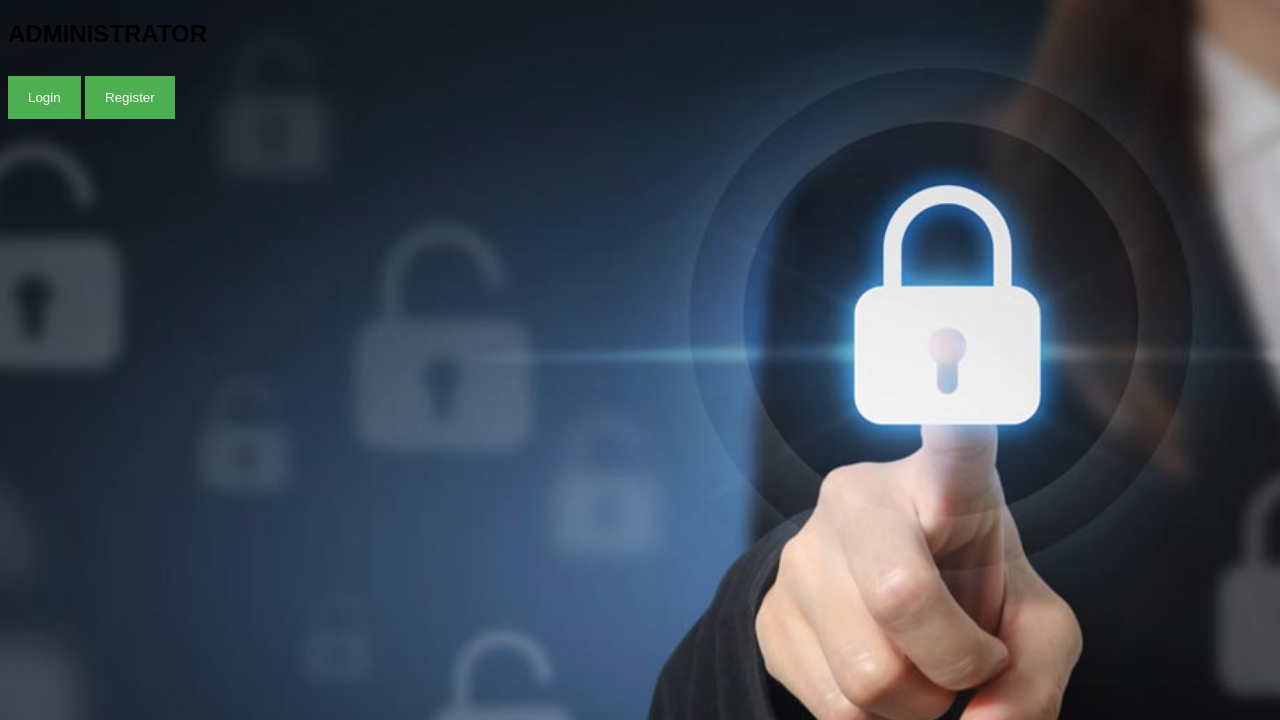
Repository: Malz6/DBMS-ActivityTracking
Page: dbs/WebContent/admin.html
An editor plug-in stored every save of this project. The page is shown before and after the next save, followed by the edit.
The browser window is 1280 px wide. The pictures show the whole page.

Above is the page before, as saved 2019-12-12 16:01:36.

### dbs/WebContent/admin.html
<!DOCTYPE html>
<html>
<head>
<meta name="viewport" content="width=device-width, initial-scale=1">
<style>
body {font-family: Arial, Helvetica, sans-serif;background-image: url('3.jpg');
  	background-repeat: no-repeat;
 	background-attachment: fixed;
 	background-size: cover;
 	color:black;}
/* Full-width input fields */
input[type=text], input[type=password] {
  width: 100%;
  padding: 12px 20px;
  margin: 8px 0;
  display: inline-block;
  border: 1px solid #ccc;
  box-sizing: border-box;
}
/* Set a style for all buttons */
button {
  background-color: #4CAF50;
  color: white;
  padding: 14px 20px;
  margin: 8px 0;
  border: none;
  cursor: pointer;
  width: 100%;
}
button:hover {
  opacity: 0.8;
}
/* Extra styles for the cancel button */
.cancelbtn {
  width: auto;
  padding: 10px 18px;
  background-color: #f44336;
}
/* Center the image and position the close button */
.imgcontainer {
  text-align: center;
  margin: 24px 0 12px 0;
  position: relative;
}
img.avatar {
  width: 40%;
  border-radius: 50%;
}
.container {
  padding: 16px;
}
span.psw {
  float: right;
  padding-top: 16px;
}
/* The Modal (background) */
.modal {
  display: none; /* Hidden by default */
  position: fixed; /* Stay in place */
  z-index: 1; /* Sit on top */
  left: 0;
  top: 0;
  width: 100%; /* Full width */
  height: 100%; /* Full height */
  overflow: auto; /* Enable scroll if needed */
  background-color: rgb(0,0,0); /* Fallback color */
  background-color: rgba(0,0,0,0.4); /* Black w/ opacity */
  padding-top: 60px;
}
/* Modal Content/Box */
.modal-content {
  background-color: #fefefe;
  margin: 5% auto 15% auto; /* 5% from the top, 15% from the bottom and centered */
  border: 1px solid #888;
  width: 80%; /* Could be more or less, depending on screen size */
}
/* The Close Button (x) */
.close {
  position: absolute;
  right: 25px;
  top: 0;
  color: #000;
  font-size: 35px;
  font-weight: bold;
}
.close:hover,
.close:focus {
  color: red;
  cursor: pointer;
}
/* Add Zoom Animation */
.animate {
  -webkit-animation: animatezoom 0.6s;
  animation: animatezoom 0.6s
}
@-webkit-keyframes animatezoom {
  from {-webkit-transform: scale(0)}
  to {-webkit-transform: scale(1)}
}

@keyframes animatezoom {
  from {transform: scale(0)}
  to {transform: scale(1)}
}
/* Change styles for span and cancel button on extra small screens */
@media screen and (max-width: 300px) {
  span.psw {
     display: block;
     float: none;
  }
  .cancelbtn {
     width: 100%;
  }
}
</style>
</head>
<body>

<h2>ADMINISTRATOR</h2>

<button onclick="document.getElementById('id01').style.display='block'" style="width:auto;">Login</button>


<div id="id01" class="modal">

  <form class="modal-content animate" action="alog" method="post">
    <div class="imgcontainer">
      <span onclick="document.getElementById('id01').style.display='none'" class="close" title="Close Modal">&times;</span>
      <img src="ticon.png" alt="Avatar" class="avatar">
    </div>

    <div class="container">
      <label for="uname"><b>Username</b></label>
      <input type="text" placeholder="Enter ID" name="id" required>

      <label for="psw"><b>Password</b></label>
      <input type="password" placeholder="YYYY-MM-DD" name="psw" required>

      <button type="submit">Login</button>

    </div>

    <div class="container" style="background-color:#f1f1f1">
      <button type="button" onclick="document.getElementById('id01').style.display='none'" class="cancelbtn">Cancel</button>

    </div>
  </form>
</div>



<button onclick="document.getElementById('id02').style.display='block'" style="width:auto;">Register</button>

<div id="id02" class="modal">

  <form class="modal-content animate" action="areg" method="post">
  <div class="imgcontainer">
      <span onclick="document.getElementById('id02').style.display='none'" class="close" title="Close Modal">&times;</span>

    <div class="container">
    <h1>Register</h1>
    <p>Please fill in this form to create an account.</p>
    <hr>

    <label for=""><b>ID</b></label>
    <input type="text" placeholder="eg : 1MS17CS017" name="id" required>

    <label for=""><b>First Name</b></label>
    <input type="text" placeholder="eg : Mike" name="fname" required>

    <label for=""><b>Last Name</b></label>
    <input type="text" placeholder="eg : Hannigan" name="lname" required>

    <label for=""><b>Sex</b></label>
    <input type="text" placeholder="Enter F or M " name="sex" required>

<label for=""><b>Designation</b></label>
    <input type="text" placeholder="Enter designation" name="des" required>

    <label for=""><b>Mobile Number</b></label>
    <input type="text" placeholder="Enter mobile number" name="num" required>

    <label for="email"><b>Email</b></label>
    <input type="text" placeholder="Enter Email" name="email" required>

    <label for="psw"><b>Password</b></label>
    <input type="password" placeholder="Enter date of birth eg : dd-mm-yyyy" name="psw" required>
    <hr>

    <button type="submit" class="registerbtn">Register</button>
  </div>

  <div class="container" style="background-color:#f1f1f1">
      <button type="button" onclick="document.getElementById('id02').style.display='none'" class="cancelbtn">Cancel</button>

    </div>
  </form>
</div>



<script>
// Get the modal
var modal = document.getElementById('id01','id02');
// When the user clicks anywhere outside of the modal, close it
window.onclick = function(event) {
    if (event.target == modal) {
        modal.style.display = "none";
    }
}
</script>

</body>
</html>

After the next save:
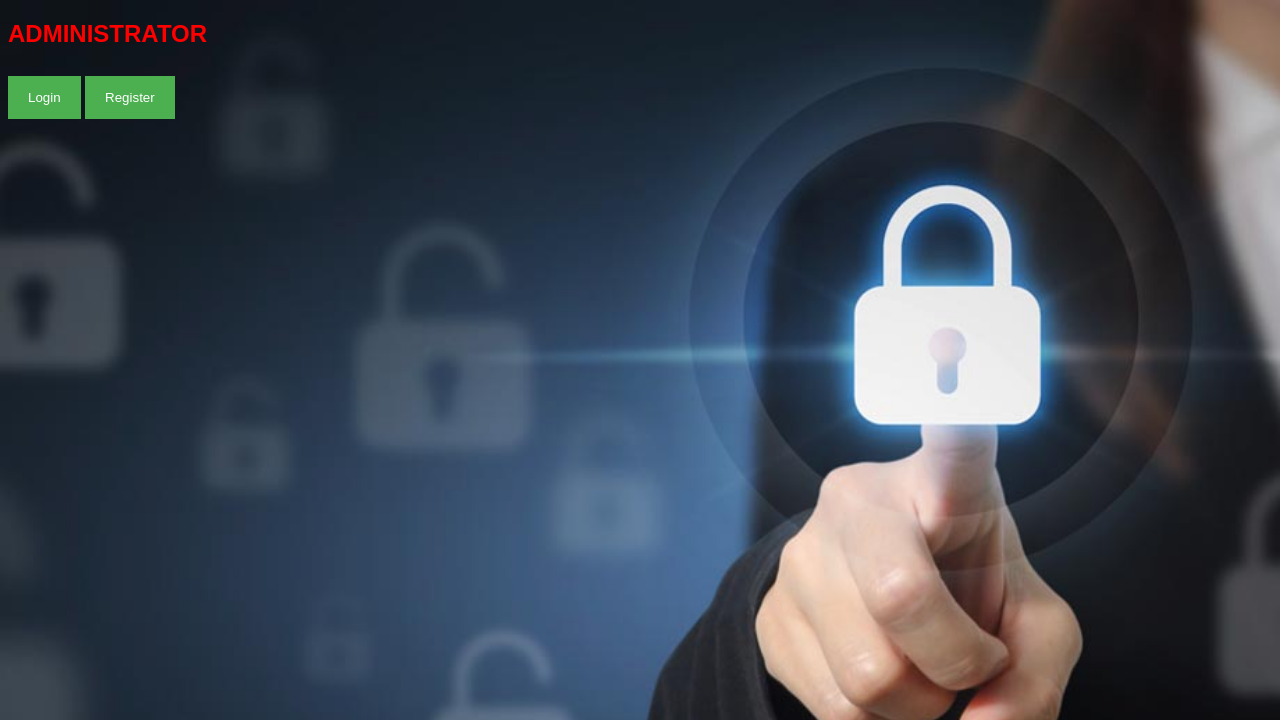
Saved 32 s later.
--- a/dbs/WebContent/admin.html
+++ b/dbs/WebContent/admin.html
@@ -7,7 +7,7 @@ body {font-family: Arial, Helvetica, sans-serif;background-image: url('3.jpg');
   	background-repeat: no-repeat;
  	background-attachment: fixed;
  	background-size: cover;
- 	color:black;}
+ 	color:red;}
 /* Full-width input fields */
 input[type=text], input[type=password] {
   width: 100%;
